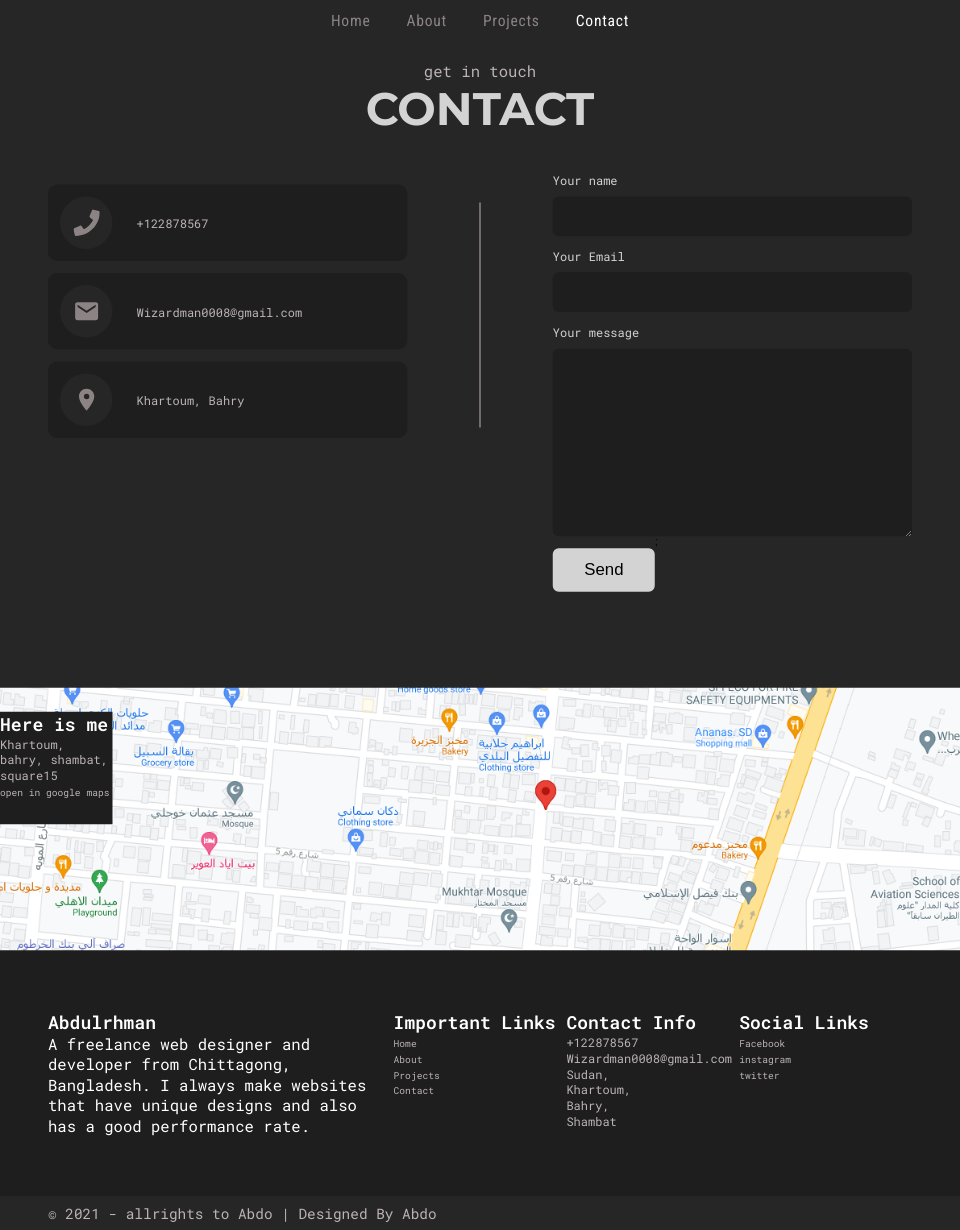
Repository: Abdoulrhman-altyeb/React-Typescript
Page: /contact
An editor plug-in stored every save of this project. The page is shown before and after the next save, followed by the edit.
The browser window is 1280 px wide. The pictures show the whole page, at 75% of full size.
The project was rebuilt for these pictures with package versions that can differ from the ones it lists, and the page was loaded fresh each time. Also part of the build but not shown: src/components/ContactButton.tsx, src/components/HeroSection.tsx, src/components/AboutSection.tsx, src/assits/data/Services.ts, src/components/ServiceItems.tsx, src/components/ServicesSection.tsx, src/components/ProjectsSection.tsx, src/Pages/Home.tsx and 2 more.

Above is the page before, as saved 2021-05-20 19:21:07.

### public/index.html
<!DOCTYPE html>
<html lang="en">

<head>
  <meta charset="utf-8" />
  <meta name="viewport" content="width=device-width, initial-scale=1" />
  <meta name="theme-color" content="#000000" />
  <meta name="description" content="IT Guys Community" />
  <link rel="preconnect" href="https://fonts.gstatic.com">
  <link href="https://fonts.googleapis.com/css2?family=Roboto:wght@300;400;500;700&display=swap" rel="stylesheet">
  <link rel="preconnect" href="https://fonts.gstatic.com">
<link href="https://fonts.googleapis.com/css2?family=Montserrat:wght@200;300;400;500;700&display=swap" rel="stylesheet">
<link rel="preconnect" href="https://fonts.gstatic.com">
<link href="https://fonts.googleapis.com/css2?family=Roboto+Mono:wght@200;300;400;500;600&display=swap" rel="stylesheet">
<link rel="preconnect" href="https://fonts.gstatic.com">
<link href="https://fonts.googleapis.com/css2?family=Roboto+Condensed:wght@400;700&display=swap" rel="stylesheet">
  <title>App Lab</title>
</head>

<body>
  <noscript>You need to enable JavaScript to run this app.</noscript>
  <div id="root"></div>
</body>

</html>

### src/index.tsx
import ReactDOM from "react-dom";
import App from "./App";
import './assits/styles/style.css'

ReactDOM.render(<App/>,document.getElementById("root"));

### src/App.tsx
import React from "react";
import NavBar from './components/NavBar';
import { BrowserRouter as Router, Route, Switch } from 'react-router-dom'
import Home from "./Pages/Home";
import Contact from "./Pages/Contact";
import About from "./Pages/About";
import Projects from "./Pages/Projects";


const App: React.FC = () => {



  return (
    <>
      <Router>
        <NavBar />
        <Switch>
          <Route  path='/' exact>
            <Home />
          </Route>
          <Route path="/contact">
            <Contact />
          </Route>
          <Route path='/about'>
            <About />
          </Route>
          <Route path='/projects'>
              <Projects/>
          </Route>
        </Switch>
      </Router>
    </>
  )
}

export default App;

### src/assits/styles/style.css
* {
    padding:0;
    margin:0;
    box-sizing:border-box;
    scroll-behavior: auto;
}

body {
    background:#262626;
    color:white;
    font-family: 'Roboto Mono', monospace;
}
::-webkit-scrollbar-track {
    background: #1E1E1E;
}
::-webkit-scrollbar {
    width: 8px;
}
::-webkit-scrollbar-thumb {
    background: #888;
    border-radius: 20px;
}




img,svg{
    width: 100%;
    height:100%;
    object-fit: cover;
}
.container {
    width:90%;
    max-width:1200px;
    margin: 0 auto;
}

.hero__img {
    height:600px;
}
ul {
    list-style: none;
}
p, h1, span,h3,a {
    color:#BCB4B4
}
a {
    text-decoration: none;
    font-size:0.8rem;
}

### src/components/NavBar.tsx
import React,{useState} from 'react';
import styled from 'styled-components';
import { NavLink } from 'react-router-dom';
import { BiMenu, BiX } from 'react-icons/bi';


const NavBar: React.FC = () => {

    const [isActive, setIsActive] = useState<boolean>(false);

    return (
        <NavBarContainer>
            <div className="hamburgerMenu"
                onClick={() => setIsActive(!isActive)}
                role='button'
                tabIndex={0}
                onKeyDown={() => setIsActive(!isActive)}
            >
                <BiMenu/>
            </div>
            <ul className={isActive ? 'ListItems' : 'ListItems hide-items'}>
                <div className='closeMenu'
                    onClick={() => setIsActive(!isActive)}
                    role='button'
                    tabIndex={0}
                    onKeyDown={() => setIsActive(!isActive)}
                >
                    <BiX/>
                </div>
                <li>
                    <NavLink to='/' exact>
                     Home
                    </NavLink>
                </li>
                <li>
                    <NavLink to="/about">
                        About
                    </NavLink>
                </li>
                <li>
                    <NavLink to='projects'>
                        Projects
                    </NavLink>
                </li>
                <li>
                    <NavLink to='contact'>
                        Contact
                    </NavLink>
                </li>
            </ul>
        </NavBarContainer>
    )
}

const NavBarContainer = styled.nav`
    position: fixed;
    z-index:100;
    top:0;
    left:0;
    background-color:#262626;
    font-family: 'Roboto Condensed', sans-serif;
    width:100%;
    ul {
        width:90%;
        max-width:1200px;
        justify-content:center;
        text-align:center;
        margin:0 auto;
        border-radius:12px;
    }
    li {
        display:inline-block;
        cursor:pointer;
    }
    a {
        display:inline-block;
        padding:1rem 1.5rem;
        font-size:1.3rem;
        color:#8c8484;
        letter-spacing: 1px;
        transition:0.3s ease color;
        /* &:hover {
            color:#726f6f;
        } */
    }
    .active {
        color:white;
    }

    .hamburgerMenu {
        font-size:2rem;
        position:absolute;
        top:1rem;
        right:1rem;
        color:white;
        display:none;
        * {
            pointer-events:none;
        }
    }
    .closeMenu{
        display:none;
    }
    @media only screen and (max-width:768px) {
        .hide-items{
            transform: translateY(calc(-100% - 1rem))
        }
        .hamburgerMenu{
            display:block;
        }
        .ListItems {
            width:80%;
            max-width:230px;
            position:absolute;
            top:1rem;
            right:1rem;
            background:#1E1E1E;
            padding:1rem;
            transition: 0.3s ease transform;

            .closeMenu {
                color:white;
                font-size:1.5rem;
                width:1rem;
                margin: 0 0 0 auto;
                cursor: pointer;
                display:block;
                *{
                    pointer-events:none;
                }
            }
        }
        li {
            display:block;
            margin-bottom:1rem;
        }
        a {
            /* padding:1rem; */
            padding:0.2rem;
            outline:none;
        }
    }
`;



export default NavBar;

### src/Pages/Contact.tsx
import React from 'react';
import ContactSection from '../components/ContactSecion';
import FooterSection from '../components/FooterSection';
import Map from '../components/Map';

const Contact: React.FC = () => {
    return (
        <>
            <ContactSection/>
            <Map/>
            <FooterSection />
        </>
    )
}

export default Contact;

### src/components/FooterSection.tsx
import React from 'react';
import styled from 'styled-components';
import PaText from './PaText';
import { Link } from 'react-router-dom';

const FooterSection: React.FC = () => {
    return (
        <>
            <StyledDiv>
                <div className="container">
                    <div className="info">
                        <h2>Abdulrhman</h2>
                        <PaText>
                            A freelance web designer and developer from Chittagong,
                            Bangladesh. I always make websites that have unique designs
                            and also has a good performance rate.
                        </PaText>
                    </div>
                    <div className="pages">
                        <h2>Important Links</h2>
                        <ul>
                            <li>
                                <Link to="/">Home</Link>
                            </li>
                            <li>
                                <Link to="/">About</Link>
                            </li>
                            <li>
                                <Link to="/">Projects</Link>
                            </li>
                            <li>
                                <Link to="/">Contact</Link>
                            </li>
                        </ul>
                    </div>
                    <div className="contact_info">
                        <h2>Contact Info</h2>
                        <ul>
                            <li><p>+122878567</p></li>
                            <li><p>Wizardman0008@gmail.com</p></li>
                            <li><p>Sudan,<br></br>Khartoum,<br></br>Bahry,<br></br>Shambat</p></li>
                        </ul>
                    </div>
                    <div className="social_Links">
                        <h2>Social Links</h2>
                        <ul>
                            <li><a href="https://facebook.com" rel='noreferrer'>Facebook</a></li>
                        </ul>
                        <ul>
                            <li><a href="https://instagram.com" rel='noreferrer'>instagram</a></li>
                        </ul>
                        <ul>
                            <li><a href="https://twitter.com" rel='noreferrer'>twitter</a></li>
                        </ul>
                    </div>
                </div>
            </StyledDiv>
            <StyledCopyright>
                <div className="container">
                    <p>© 2021 - allrights to Abdo  | Designed By Abdo</p>
                </div>
            </StyledCopyright>
        </>

    )
}

const StyledDiv = styled.div`
    background:#1E1E1E;
    padding:5rem 0 ;
    .container{
        display:flex;
    }
    .info{
        flex:2;
    }
    .contact_info,
    .pages,
    .social_Links{
        flex:1;
    }
    @media only screen and (max-width:768px) {
        .container{
            flex-direction:column;
        }
    }
`;
const StyledCopyright = styled.div`
    background:#262626;
    padding:10px 0;
    p{
        font-size:1.2rem;
    }

    @media only screen and (max-width:768px) {
        p{
            font-size:0.9rem;
            width:100%;
        }
    }
`;

export default FooterSection

### src/components/ContactSecion.tsx
import React from 'react';
import styled from 'styled-components';
import SectionsTitle from './SectionsTitle';
import { FaPhone } from 'react-icons/fa';
import { IoMdMail } from 'react-icons/io';
import {MdLocationOn} from 'react-icons/md'
import Button from './Button';

const ContactSection: React.FC = () => {
    return (
        <StyledDiv>
            <div className="container">
                <SectionsTitle title='contact' semiTitle='get in touch' />
                <div className="contact-me">
                    <div className="contact-info">
                        <div className="phone">
                            <div className="icon">
                                <FaPhone/>
                            </div>
                            <span> +122878567</span>
                        </div>
                        <div className="mail">
                            <div className="icon">
                                <IoMdMail/>
                            </div>
                            <span>Wizardman0008@gmail.com</span>
                        </div>
                        <div className="location">
                            <div className="icon">
                                <MdLocationOn/>
                            </div>
                            <span>Khartoum, Bahry</span>
                        </div>
                    </div>
                    <div className="linebetween"></div>
                    <form className='form-contact'>
                        <label htmlFor="name">Your name</label>
                        <input className='name' type="text" id='name' />
                        <label htmlFor="email">Your Email</label>
                        <input type="email" id="email" />
                        <label htmlFor="message">Your message</label>
                        <textarea id="message"></textarea>
                        <button type='submit' className='btn'>
                                <Button btnLink='/'  outline={false} btnText='Send'/>;
                        </button>
                    </form>
                </div>
            </div>
        </StyledDiv>
    )
}
const StyledDiv = styled.div`
    padding:5rem 0;
    text-align: center;
    .container{
        display: flex;
        flex-direction:column;
    }
    .title{
        p{
            font-size:1.3rem;
        }
        h2{
            font-size:3.8rem;
            margin-top:0;
        }
    }
    .contact-me{
        padding:3rem 0;
        display: flex;
        gap:6rem;
    }
    .contact-info{
        flex:1;
    }
    .phone,
    .mail,
    .location{
        width:100%;
        background:#1E1E1E;
        margin-top:1rem;
        padding:1rem;
        border-radius:12px;
        display: flex;
        align-items: center;
    }
    .icon{
        width:70px;
        height:70px;
        border-radius: 50%;
        display: flex;
        justify-content: center;
        align-items:center;
        margin-right:2rem;
        background:#262626;
    }
    .icon svg{
        width:50%;
        fill: #8c8484;
    }
    .linebetween{
        width:2px;
        height:300px;
        background:#8c8484;
        margin-top:2.5rem;
    }

    .form-contact{
        flex:1;
        display: flex;
        flex-direction:column;
        text-align:left;
    }
    .form-contact input, textarea{
        padding:1rem;
        background:#1E1E1E;
        border:none;
        border-radius:8px;
    }
    .form-contact textarea {
        height:250px;
        resize: vertical;
    }
    .form-contact label{
        margin-bottom:0.7rem;
        color:lightgray;
    }
    .form-contact input{
        margin-bottom:1rem;
        outline:none;
        color:#8c8484;
        font-size:1.1rem;
    }
    .btn{
        background:transparent;
        outline:none;
        border:none;
        pointer-events: none;
        display: flex;
        justify-content: flex-start;
        *{
            pointer-events: all;
        }
    }
    @media only screen and (max-width:768px) {
        .title{
            p{
                font-size:0.9rem;
            }
            h2{
                font-size:2.5rem;
                margin-top:0;
            }
        }
        .contact-me{
            flex-direction:column;
        }
        .linebetween{
            display: none;
        }
    }
`;

export default ContactSection;

### src/components/Map.tsx
import React from 'react';
import styled from 'styled-components';
import map from '../assits/images/Capture.jpg'
const Map: React.FC = () => {
    return (
        <StyleDiv>
            <img src={map} alt="" />
            <div className="location__details">
                <h2>Here is me</h2>
                <p>Khartoum, bahry, shambat, square15</p>
                <a href="https://www.google.com/maps/place/%D9%85%D8%AD%D8%B7%D9%87+15%E2%80%AD/@15.6677097,32.5462023,17z/data=!4m13!1m7!3m6!1s0x168e8da4c6682f5f:0x213cdd630f5e6fa9!2sShambat+Bridge,+Khartoum+North,+Sudan!3b1!8m2!3d15.6434242!4d32.5089219!3m4!1s0x168e93f8f47bbcb9:0x5df02e7d5dd85537!8m2!3d15.6681869!4d32.5468858" rel='noreferrer'>open in google maps</a>
            </div>
        </StyleDiv>
    )
}

const StyleDiv = styled.div`
    position: relative;
    height:350px;
    width:100%;
    .location__details{
        position: absolute;
        width:150px;
        height:150px;
        background:#1E1E1E;
        top: 2rem;
    }
`;
export default Map;

### src/components/Button.tsx
import React from 'react';
import { Link } from 'react-router-dom';
import styled from 'styled-components'


const Button:React.FC<ButtonProps> = ({btnLink,btnText,outline}) => {
    return (
        <BTNSTYLE className='btn'>
            <Link className='button' to={btnLink} style={{ background: outline ? 'transparent' : 'lightgray', color: outline? 'lightgray': 'black' }}>{btnText}</Link>
        </BTNSTYLE>
    )
}


const BTNSTYLE = styled.div`
    margin-top:1rem;
    .button{
        background:lightgray;
        padding:0.9rem 2.5rem;
        color:black;
        border-radius:8px;
        border:2px solid lightgray;
        cursor:pointer;
        display:inline-block;
        font-size:1.4rem;
    }
    @media only screen and (max-width:768px) {
        .button{
            font-size:1.2rem;
        }
    }
`;

export default Button

### src/components/PaText.tsx
import styled from 'styled-components'

const PaText: React.FC = ({children}) => {

    return (
        <TextContainer className='par'>
            {children}
        </TextContainer>
    )
}

const TextContainer = styled.div`
    max-width:500px;
    margin:0 auto;
    line-height:1.3em;
    font-family: 'Roboto Mono', monospace;
    font-size:1.3rem;
    @media only screen and (max-width:768px) {
        font-size:1.1rem;
    }
`;

export default PaText

### src/components/SectionsTitle.tsx
import React from 'react';
import styled from 'styled-components';

const SectionsTitle:React.FC<SectionTitle> = ({title,semiTitle}) => {
    return (
        <StyledSectionTitle className='title'>
            <p>{semiTitle}</p>
            <h2>{title}</h2>
        </StyledSectionTitle>
    )
}

const StyledSectionTitle = styled.div`
    P{
        font-size:1.5rem;
    }
    h2{
        font-size:3.8rem;
        font-family: 'Montserrat', sans-serif;
        text-transform:uppercase;
        margin-top:0.7rem;
        color:lightgray;
    }
    @media only screen and (max-width:768px){
        p{
            font-size:1rem;
        }
        h2{
            font-size:2rem;

        }
    }
`;

export default SectionsTitle;

After the next save:
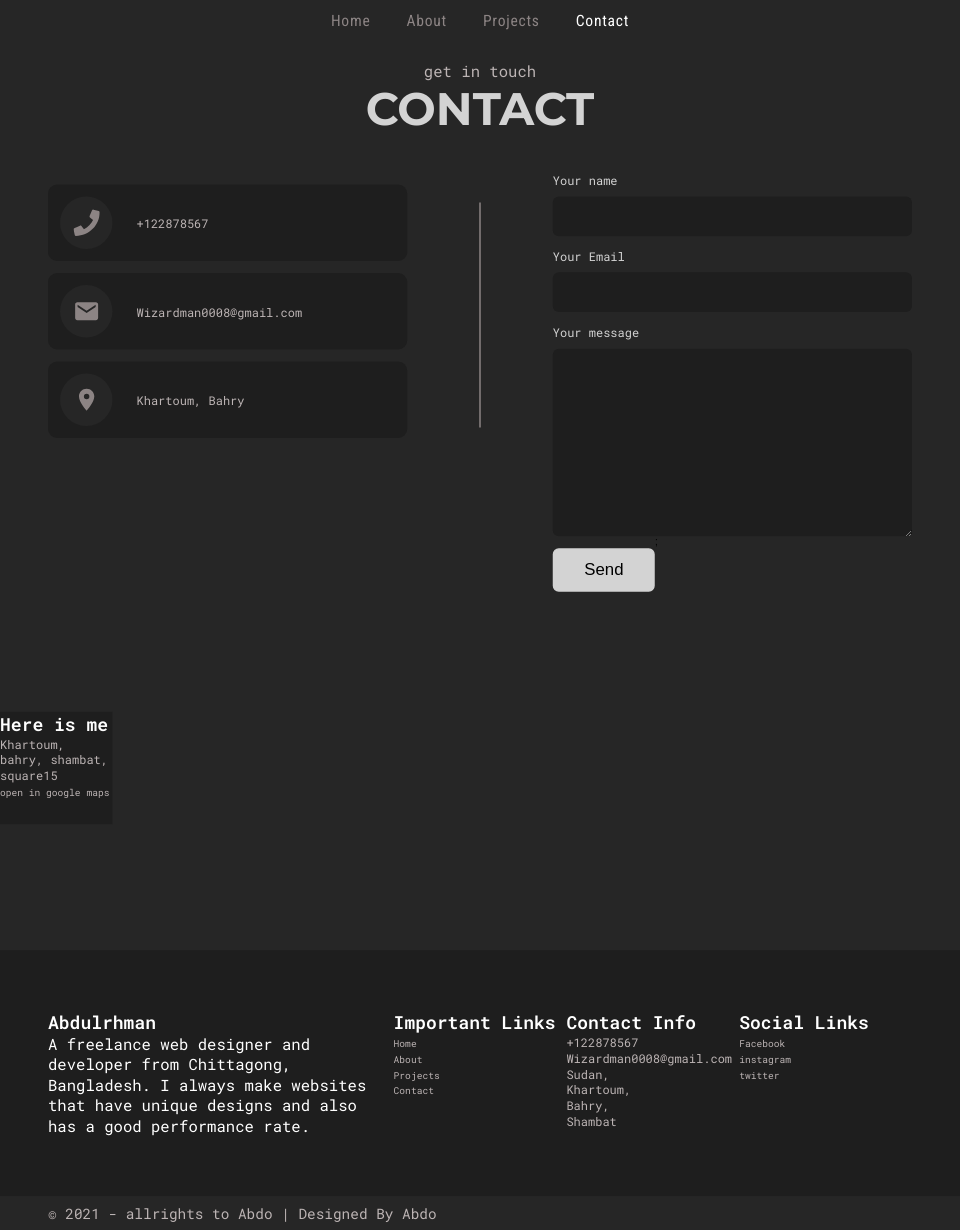
Saved 5 s later.
--- a/src/components/Map.tsx
+++ b/src/components/Map.tsx
@@ -4,7 +4,6 @@ import map from '../assits/images/Capture.jpg'
 const Map: React.FC = () => {
     return (
         <StyleDiv>
-            <img src={map} alt="" />
             <div className="location__details">
                 <h2>Here is me</h2>
                 <p>Khartoum, bahry, shambat, square15</p>
